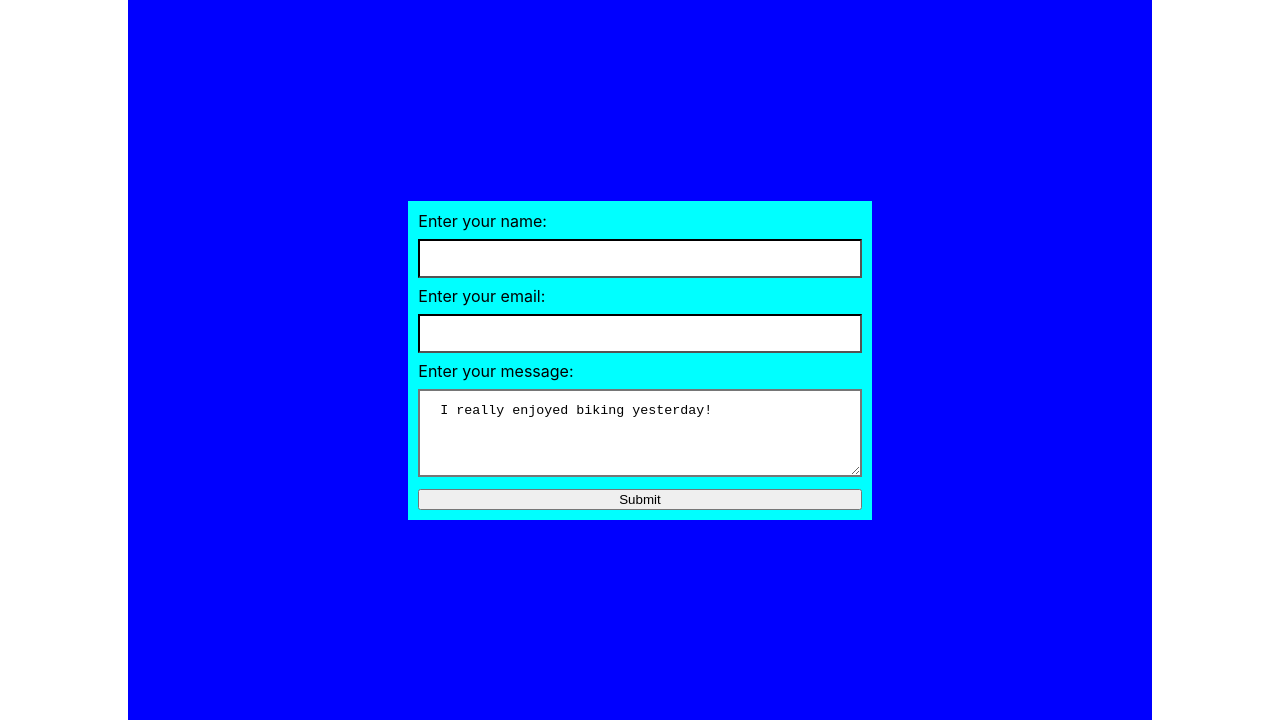
Repository: AddamVictorioDev/ProfileWebsite
Page: /form (app in con/)
The author's editor kept a copy of each file at every save. The page is drawn from the files as they stood at one save, then again after the next save.
The browser window is 1280 px wide. The pictures show the whole page.
The project was rebuilt for these pictures with package versions that can differ from the ones it lists, and the page was loaded fresh each time. Also part of the build but not shown: con/src/App.css, con/src/home.css, con/src/home.js, con/src/addam.css, con/src/addam.js, con/src/usescripts.js, con/src/projects.js.

Above is the page before, as saved 2023-03-16 19:16:38.

### con/src/index.css
body {
  margin: 0;
  font-family: -apple-system, BlinkMacSystemFont, 'Segoe UI', 'Roboto', 'Oxygen',
    'Ubuntu', 'Cantarell', 'Fira Sans', 'Droid Sans', 'Helvetica Neue',
    sans-serif;
  -webkit-font-smoothing: antialiased;
  -moz-osx-font-smoothing: grayscale;
  /* background-image: url("/Users/addamvictorio/con/src/waterdropwallpp.jpg"); */
  /* background-color: #ffffff; */

}

code {
  font-family: source-code-pro, Menlo, Monaco, Consolas, 'Courier New',
    monospace;
}

### con/src/App.js
import logo from './logo.svg';
import './App.css';
import HomePage from './home';
import Addam from './addam';

import {
  BrowserRouter,
  Routes,
  Route
} from "react-router-dom";
import Projects from './projects';
import MyForm from './form';

function App() {

  return (

    <BrowserRouter>
      <Routes>


      <Route exact path="/" element={<Addam />}  />
      <Route path="projects" element={<Projects />} />
      <Route path="form" element={<MyForm />} />

      </Routes>


  </BrowserRouter>

  );
}

export default App;

### con/src/form.js
import { useState } from 'react';
import ReactDOM from 'react-dom/client';
import './form.css'

function MyForm() {
  const [inputs, setInputs] = useState({});
  const [textarea, setTextarea] = useState(
    "The content of a textarea goes in the value attribute"
  );

  const handleChange = (event) => {
    const name = event.target.name;
    const value = event.target.value;
    setInputs(values => ({...values, [name]: value}))
  }

  const handleSubmit = (event) => {
    event.preventDefault();
    alert(inputs);
  }

  return (
    <div className="center">
    <form onSubmit={handleSubmit}>
      <label>Enter your name:
      <input
        type="text"
        name="username"
        value={inputs.username || ""}
        onChange={handleChange}
      />
      </label>
      <label>Enter your email:
        <input
          type="text"
          name="age"
          value={inputs.age || ""}
          onChange={handleChange}
        />
        </label>
        <label>Enter your message:
        <textarea
        name="postContent"
        defaultValue="I really enjoyed biking yesterday!"
        rows={4}
        cols={40}
      />
        </label>

        <input type="submit" />
    </form>
    </div>
  )
}

export default MyForm;

### con/src/projects.css
.center{
    display: grid;
    justify-content: center;
    align-items: center;


}
.photo-grid {
    display: flex;
    height: 100%;

    border-radius: 10px;
    border-color: black;

    flex-wrap: wrap;
    justify-content: center;
    align-items: center;
    gap: 10px;
    background-color: blueviolet;
  }

  .photo-item {
    height: 100%;


    position: relative;




    overflow: auto;
  }

  img {
    width: 100%;
    height: 100%;


    object-fit: cover;
  }
  .img-text {
    position: absolute;
    width: 100%;
    bottom: 10px;

    color: white;
    background-color: rgb(199, 6, 6);
    padding: 10px;
  }

### con/src/form.css
body{
    display: flex;
    align-items: center;
    justify-content: center;

    height:100vh;

}
.container{

    align-items:center;
    display: flex;
    justify-content: space-between;
    background-color: aquamarine;

}

.center{
    display: grid;
    place-items: center;
 width: 80vw;
 height: 100vh;
    background-color: blue;



}


form{
    display: flex;
    flex-direction: column;
    background-color: aqua;
    width: 80%;
    padding: 10px;
    justify-content: space-around;

}

input[type=text] {
    width: 100%;
    padding: 10px 20px;
    margin: 8px 0;
border-color: black;
    box-sizing: border-box;
  }
  textarea{

    width: 100%;
    padding: 12px 20px;
    margin: 8px 0;
    box-sizing: border-box;
    border-width: 2px;
  }

Loaded but not shown: con/public/index.html (common file); con/src/index.js (common file); con/src/reportWebVitals.js (common file)

After the next save:
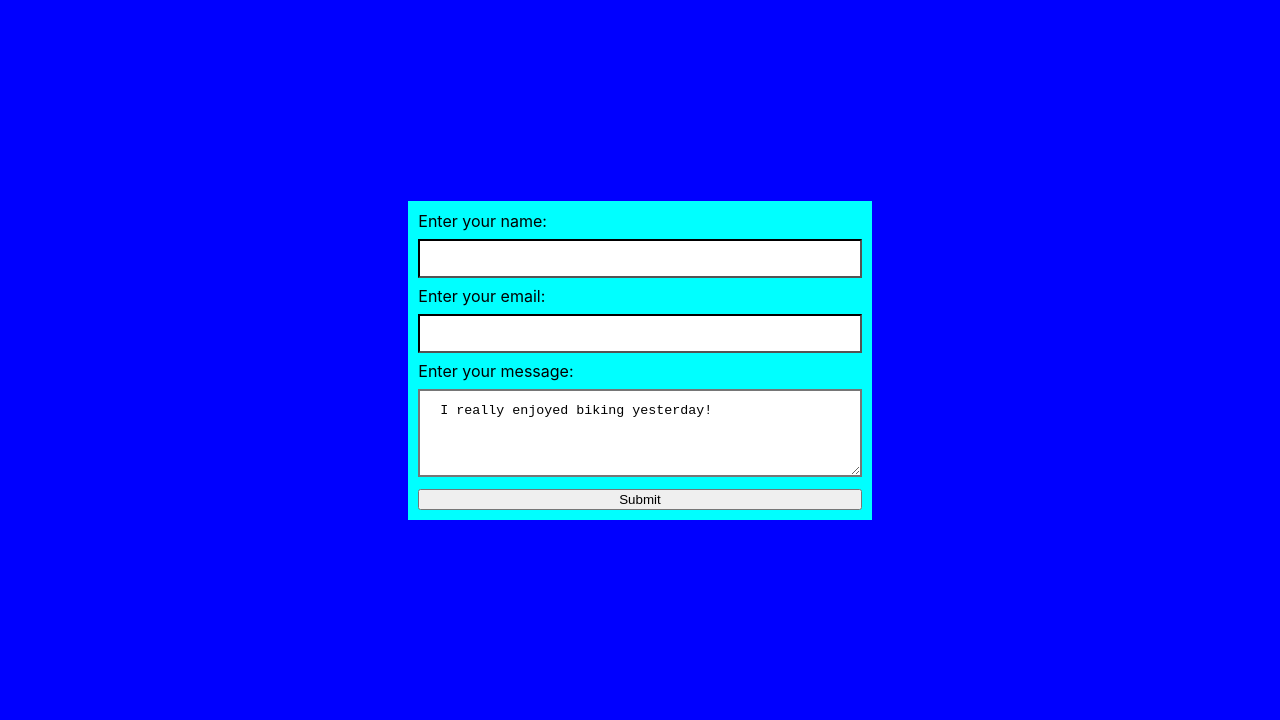
Saved 25 s later.
--- a/con/src/form.css
+++ b/con/src/form.css
@@ -18,7 +18,7 @@ body{
 .center{
     display: grid;
     place-items: center;
- width: 80vw;
+ width: 100vw;
  height: 100vh;
     background-color: blue;
 
